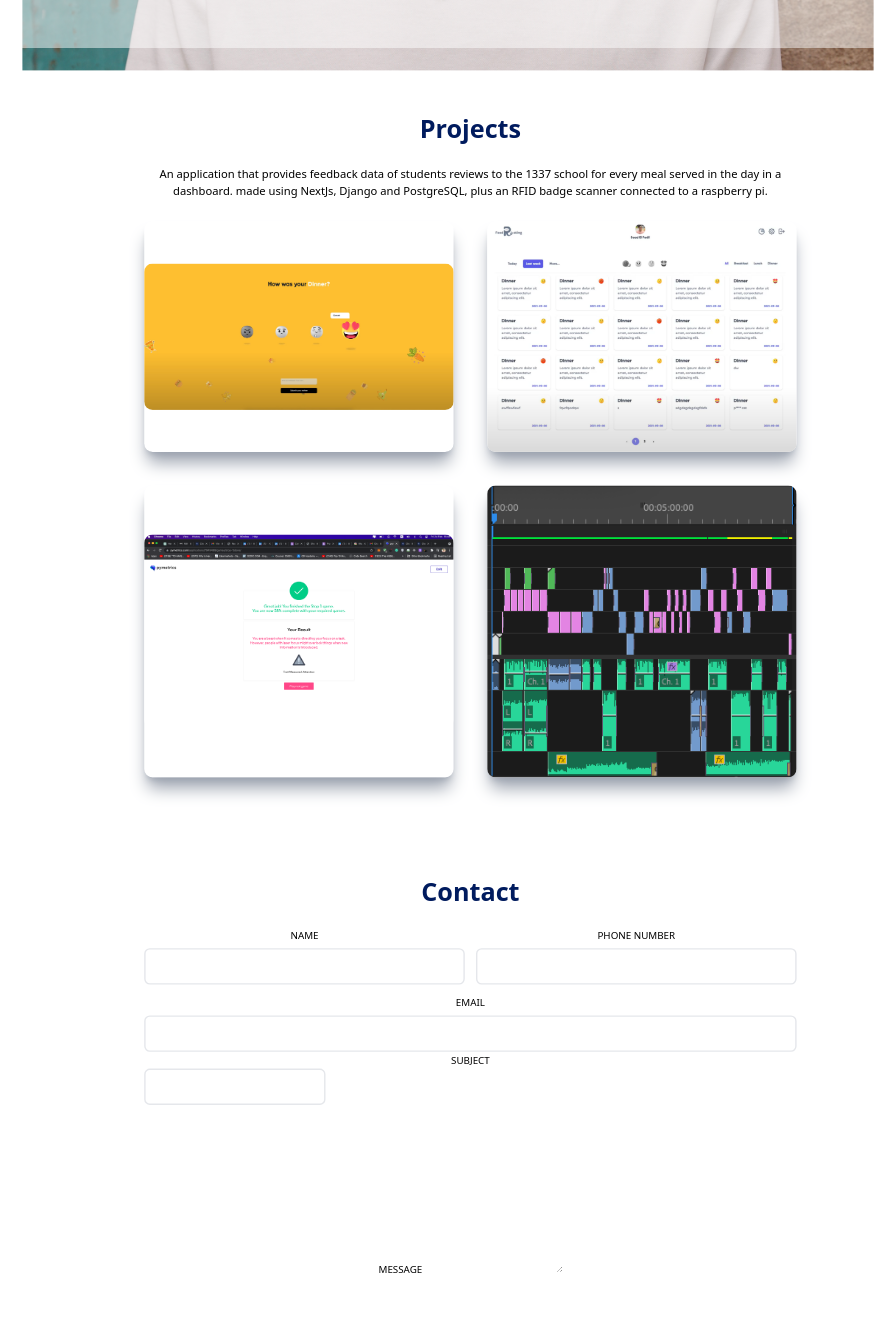
Repository: Saadelfadil/saadelfadil.github.io
Page: /
The author's editor kept a copy of each file at every save. The page is drawn from the files as they stood at one save, then again after the next save.
The browser window is 1280 px wide. The pictures show the part of the page from y = 652 to 2572 px (the page is 2572 px tall before and 2560 px after), at 70% of full size.
The project was rebuilt for these pictures with package versions that can differ from the ones it lists, and the page was loaded fresh each time. Also part of the build but not shown: vite.config.js.

Above is the page before, as saved 2023-02-26 18:57:29.

After the next save:
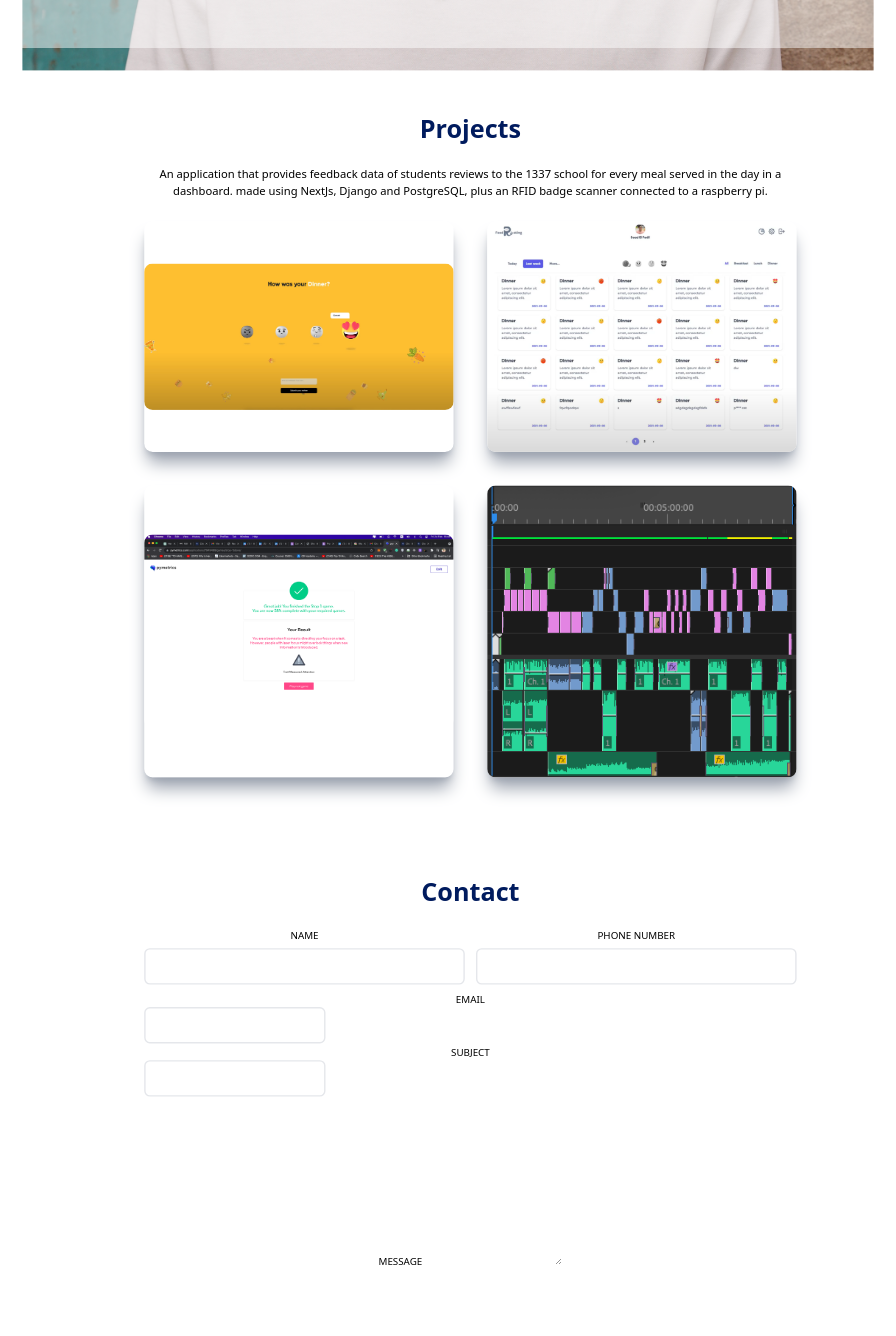
Saved 6 s later.
--- a/src/components/Contact.jsx
+++ b/src/components/Contact.jsx
@@ -17,7 +17,7 @@ const Contact = () => {
                     <input className="border-2 rounded-lg p-3 flex border-gray-200 " type="text" name="phone" />
                 </div>
             </div>
-            <div className="flex flex-col">
+            <div className="">
                 <label className="uppercase text-sm py-2" htmlFor="">Email</label>
                 <input className="border-2 rounded-lg p-3 flex border-gray-200 " type="email" name="email"/>
             </div>
